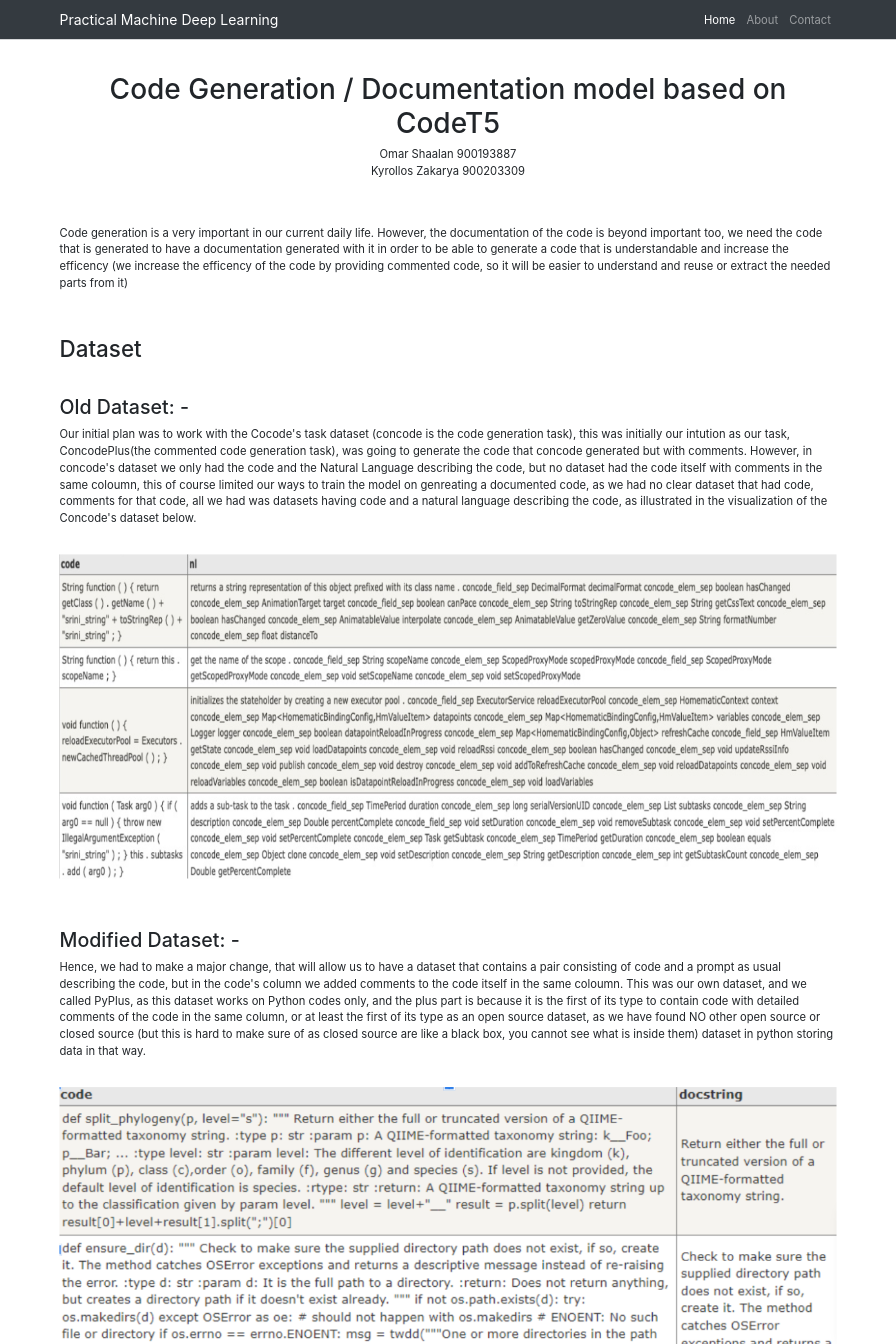
Repository: Shaalan-omar/ConcodePlus
Page: team-specific/index.html
These files come from the project's save history. The page is drawn as it stood at one moment and after the next save; the edit follows.
The browser window is 1280 px wide. The pictures show the part of the page from y = 0 to 1920 px (the page is 10148 px tall before and 10162 px after), at 70% of full size.

Above is the page before, as saved 2023-05-14 11:23:36.

### team-specific/index.html
<!DOCTYPE html>
<html lang="en">

<head>

  <meta charset="utf-8">
  <meta name="viewport" content="width=device-width, initial-scale=1, shrink-to-fit=no">
  <meta name="description" content="">
  <meta name="author" content="">

  <title>Code Generation / Documentation model based on CodeT5</title>

  <!-- Bootstrap core CSS -->
  <link href="../vendor/bootstrap/css/bootstrap.min.css" rel="stylesheet">

</head>

<body>

  <!-- Navigation -->
  <nav class="navbar navbar-expand-lg navbar-dark bg-dark static-top">
    <div class="container">
      <a class="navbar-brand" href="../home.html">Practical Machine Deep Learning</a>
      <button class="navbar-toggler" type="button" data-toggle="collapse" data-target="#navbarResponsive" aria-controls="navbarResponsive" aria-expanded="false" aria-label="Toggle navigation">
        <span class="navbar-toggler-icon"></span>
      </button>
      <div class="collapse navbar-collapse" id="navbarResponsive">
        <ul class="navbar-nav ml-auto">
          <li class="nav-item active">
            <a class="nav-link" href="../home.html">Home
              <span class="sr-only">(current)</span>
            </a>
          </li>
          <li class="nav-item">
            <a class="nav-link" href="../about.html">About</a>
          </li>
          <li class="nav-item">
            <a class="nav-link" href="../contact.html">Contact</a>
          </li>
        </ul>
      </div>
    </div>
  </nav>

  <!-- Page Content -->
  <div class="container">
    <div class="row">
      <div class="col-lg-12 text-center">
        <h1 class="mt-5">Code Generation / Documentation model based on CodeT5</h1>
        <ul class="list-unstyled">
          <li>Omar Shaalan 900193887</li>
          <li>Kyrollos Zakarya 900203309</li>
        </ul>
      </div>
    </div>


    <div class="row">
      <div class="col-lg-12 text-left">
        <h2 class="mt-5"></h2>
		<p>
			Code generation is a very important in our current daily life. However, the documentation of the code is beyond important too,
      we need the code that is generated to have a documentation generated with it in order to be able to generate a code that is understandable
      and increase the efficency (we increase the efficency of the code by providing commented code, so it will be easier to understand and reuse or extract the
       needed parts from it)
		</p>
      </div>
    </div>

    <div class="row">
      <div class="col-lg-12 text-left">
        <h2 class="mt-5">Dataset</h2>

        <h3 class="mt-5">Old Dataset: -</h3>
        <p>
			Our initial plan was to work with the Cocode's task dataset (concode is the code generation task), this was initially our intution
      as our task, ConcodePlus(the commented code generation task), was going to generate the code that concode generated but with comments. However,
      in concode's dataset we only had the code and the Natural Language describing the code, but no dataset had the code itself with comments in the same coloumn,
      this of course limited our ways
      to train the model on genreating a documented code, as we had no clear dataset that had code, comments for that code, all we had was datasets having code and
      a natural language describing the code, as illustrated in the visualization of the Concode's dataset below.
    </p>
    <br/> <!-- Empty Line before the image -->
    <div class="img-container" align="center"> <!-- Block parent element -->
        <img src="resources/images/concode.png" class="img-fluid text-center">
    </div>
    <br/> <!-- Empty Line after the image -->
    <h3 class="mt-5">Modified Dataset: -</h3>
    <p>
  Hence, we had to make a major change, that will allow us to have a dataset that contains a pair consisting of code and a prompt as usual describing
      the code, but in the code's column we added comments to the code itself in the same coloumn.
      This was our own dataset, and we called PyPlus, as this dataset works on Python codes only, and the plus part is because it is the first of its
      type to contain code with detailed comments of the code in the same column, or at least the first
      of its type as an open source dataset, as we have found NO other open source or closed source (but this is hard to make sure of as closed source
      are like a black box, you cannot see what is inside them) dataset in python storing data in that way.
</p>
<br/> <!-- Empty Line before the image -->
<div class="img-container" align="center"> <!-- Block parent element -->
    <img src="resources/images/dataset.png" class="img-fluid text-center">
</div>

      </div>
    </div>

    <div class="row">
      <div class="col-lg-12 text-left">
        <h2 class="mt-5">Input/Output Examples</h2>
   <br>
      </br>
        <h3>
			 Problem statement: -
        </h3>

		<br/> <!-- Empty Line before the image -->
	    <div class="img-container" align="center"> <!-- Block parent element -->
      		<img src="resources/images/Screen Shot 2023-05-14 at 12.21.35 PM.png" class="img-fluid text-center">
    	</div>

    	<br/> <!-- Empty Line after the image -->


      </br>
         <h3>
			 Our Own Output: -
        </h3>

      	    <div class="img-container" align="center"> <!-- Block parent element -->
      		<img src="resources/images/output_real.png" class="img-fluid text-center">
    	</div>
      <!-- <p class = "center">
        Feel the difference?
     </p> -->
     <br>
    </br>

    	<br/> <!-- Empty Line after the image -->
      </div>
    </div>


    <div class="row">
      <div class="col-lg-12 text-left">
        <h2 class="mt-5">State of the art (PARSEL)</h2>

        <p>
			Parsel is an Open AI deep learning project, it has been the state of the art in the field of code generation task aloong with code summrization as shown below in the tables and the graphs.
      It is based on the GPT architecture (Generative Pre-trained Transformer), the version of Parsel mentioned in the tables below is the 1.5B, which refers to the larges Parsel version
      existing as it uses 1.5 Billion parameters.
      Even though it is a open source, the usage of Open AI APIs limited our usage and the freedom of adding our creativity.
		</p>

	  <br/> <!-- Empty Line before the image -->
	    <div class="img-container" align="center"> <!-- Block parent element -->
      		<img src="resources/images/parsel_code_sum.png" class="img-fluid text-center">
    	</div>
    	<br/> <!-- Empty Line after the image -->

    <br/> <!-- Empty Line before the image -->
	    <div class="img-container" align="center"> <!-- Block parent element -->
      		<img src="resources/images/Parsel_code_gen.png" class="img-fluid text-center">
    	</div>
    	<br/> <!-- Empty Line after the image -->
		<br/> <!-- Empty Line before the image -->
	    <div class="img-container" align="center"> <!-- Block parent element -->
      		<img src="resources/images/parsel_1.png" class="img-fluid text-center">
    	</div>
    	<br/> <!-- Empty Line after the image -->

      <br/> <!-- Empty Line before the image -->
	    <div class="img-container" align="center"> <!-- Block parent element -->
      		<img src="resources/images/parsel_2.png" class="img-fluid text-center">
    	</div>
    	<br/> <!-- Empty Line after the image -->

      <br/> <!-- Empty Line before the image -->
	    <div class="img-container" align="center"> <!-- Block parent element -->
      		<img src="resources/images/parsel_3.png" class="img-fluid text-center">
    	</div>
    	<br/> <!-- Empty Line after the image -->
      </div>
    </div>



    <div class="row">
      <div class="col-lg-12 text-left">
        <h2 class="mt-5">Orignial Model from Literature.</h2>

        <p>
			Our model, CodeT5, has 3 main versions. The small, base, and big. The small has 60 million parameters, the big has 770 million parameters and the base version, which we worked with is 220 million parameters.
      We started with the smal version due to our limitations on Google Colab, which made it very hard to work with versions that had larger size from the parameters prespective. However, due to reaching bad results
      as explained in our previous presentations, we had to find a way around to use the base version. Using the base version worked more than fine, and we reached the desired output as shown above. Please find below
      more details about the original codeT5 model.
		</p>

		<br/> <!-- Empty Line before the image -->
	    <div class="img-container" align="center"> <!-- Block parent element -->
      		<img src="resources/images/codet5_arch.png" class="img-fluid text-center">
    	</div>
    	<br/> <!-- Empty Line after the image -->
      </div>
    </div>

    <div class="row">
      <div class="col-lg-12 text-left">
        <h2 class="mt-5">Proposed Updates</h2>


		<h5 class="mt-5">Update #1: Adding Reinforcement Learning</h5>
		<p>
			Give rewards when the generated documentation along with the code is correct and add negative rewards when the generation is not good.
		</p>
		<br/> <!-- Empty Line before the image -->
	    <div class="img-container" align="center"> <!-- Block parent element -->
      		<img src="resources/images/reinforcement.png" class="img-fluid text-center">
    	</div>
    	<br/> <!-- Empty Line after the image -->

      	<p>
			Hyperparameter tune the model. Base on one of the very famous concepts we took in our class is the concept of trial and error. Please feel free to try
      several times to change and tune the hyperprameters in order to reach better results. Feel free to share your outcomes with us.
		</p>
		<br/> <!-- Empty Line before the image -->
	    <div class="img-container" align="center"> <!-- Block parent element -->
      		<img src="resources/images/copyHyper.png" class="img-fluid text-center">
    	</div>
    	<br/> <!-- Empty Line after the image -->
      </div>
    </div>


    <div class="row">
      <div class="col-lg-12 text-left">
        <h2 class="mt-5">Results</h2>

        <p>
			Please find below our results obtained after adding our task, ConcodePlus, and the plots too.
		</p>

		<br/> <!-- Empty Line before the image -->
    	<h3 class="mt-5">It is obvious that there is something wrong with calculations of the metrics of concodePlus
      since the blue score definitely does not reflect the model performance. This can be due to the fact that we added
       a new task to the model without taking into account the synchronization required to measure these metrices for the
      new task specifically </h3>
      <div class="img-container" align="center"> <!-- Block parent element -->
      		<img src="resources/images/metrics_obtained.png" class="img-fluid text-center">
    	</div>
    	<br/> <!-- Empty Line after the image -->
	    <div class="img-container" align="center"> <!-- Block parent element -->
      		<img src="resources/images/dev_metric.png" class="img-fluid text-center">
    	</div>
    	<br/> <!-- Empty Line after the image -->
      		<br/> <!-- Empty Line before the image -->
	    <div class="img-container" align="center"> <!-- Block parent element -->
      		<img src="resources/images/dev2_metric.png" class="img-fluid text-center">
    	</div>
    	<br/> <!-- Empty Line after the image -->
      		<br/> <!-- Empty Line before the image -->
	    <div class="img-container" align="center"> <!-- Block parent element -->
      		<img src="resources/images/metric3.png" class="img-fluid text-center">
    	</div>
    	<br/> <!-- Empty Line after the image -->
      </div>
    </div>


    <div class="row">
      <div class="col-lg-12 text-left">
        <h2 class="mt-5">Technical report</h2>

        <p>
			LEft Here you will detail the details related to training, for example: Filled With KYRO
		</p>

	 	<ul>
		  <li>Programming framework</li>
		  <li>Training hardware i.e. colab or azure or anything else</li>
		  <li>Training time</li>
		  <li>Number of epochs</li>
		  <li>Time per epoch</li>
		  <li>Any other important detail or difficulties</li>
		</ul>
      </div>
    </div>

	<div class="row">
	  <div class="col-lg-12 text-left">
	    <h2 class="mt-5">Conclusion</h2>

	    <p>
			In conclusion we have reached our goal by generating documented code by adding the new task, ConcodePlus to CodeT5, and by creating a new dataset which is PyPlus. As shown in the output provided above it is clear that our code has a documentation of the purpose of the function. We have some promising results and some results that still need to work on.
      We also have room for future improvement, which is adding the reinforcement learning to the ConcodePlus. One of the very nice lessons that we learned was the visualization of what we theortically studied in class, the project was more challenging than the assignments and that made us more motivated and dedicated towards having the desired output. We also
      learned how to work as a team to achieve the maximum potential and the maximum benefit. A very intersting finding was not found, but actually it was created, which was the dataset modification. Both of us would have never imagined that we would create a dataset that fits for these type of problems and projects, this dataset may be the first step in a world
      of trials and great achievements in the code generation models in the future.
		</p>

	  </div>
	</div>

	<div class="row">
	  <div class="col-lg-12 text-left">
	    <h2 class="mt-5">References</h2>

	    <p>
	    	List all references here, the following are only examples
	    </p>

		<ol>
		  <li><a href="https://arxiv.org/pdf/2212.10561v2.pdf">Parsel Paper</a></li>
      <li><a href="https://microsoft.github.io/CodeXGLUE/">Parsel Code Summarization Table</a></li>
      <li><a href="https://microsoft.github.io/CodeXGLUE/">Parsel Code Generation Table</a></li>
		  <li><a href="https://arxiv.org/pdf/2109.00859v1.pdf">CodeT5 Paper</a></li>
		  <li><a href="https://medium.com/analytics-vidhya/t5-a-detailed-explanation-a0ac9bc53e51">CodeT5 Architecture Paper</a></li>
		  <li><a href="http://www.google.com">Dataset Link LEFT need to upload it to github</a></li>
		</ol>
	  </div>
	</div>

  </div>



  <!-- Bootstrap core JavaScript -->
  <script src="../vendor/jquery/jquery.slim.min.js"></script>
  <script src="../vendor/bootstrap/js/bootstrap.bundle.min.js"></script>

</body>

</html>

Loaded but not shown: vendor/bootstrap/css/bootstrap.min.css (library); vendor/jquery/jquery.slim.min.js (library); vendor/bootstrap/js/bootstrap.bundle.min.js (library)

After the next save:
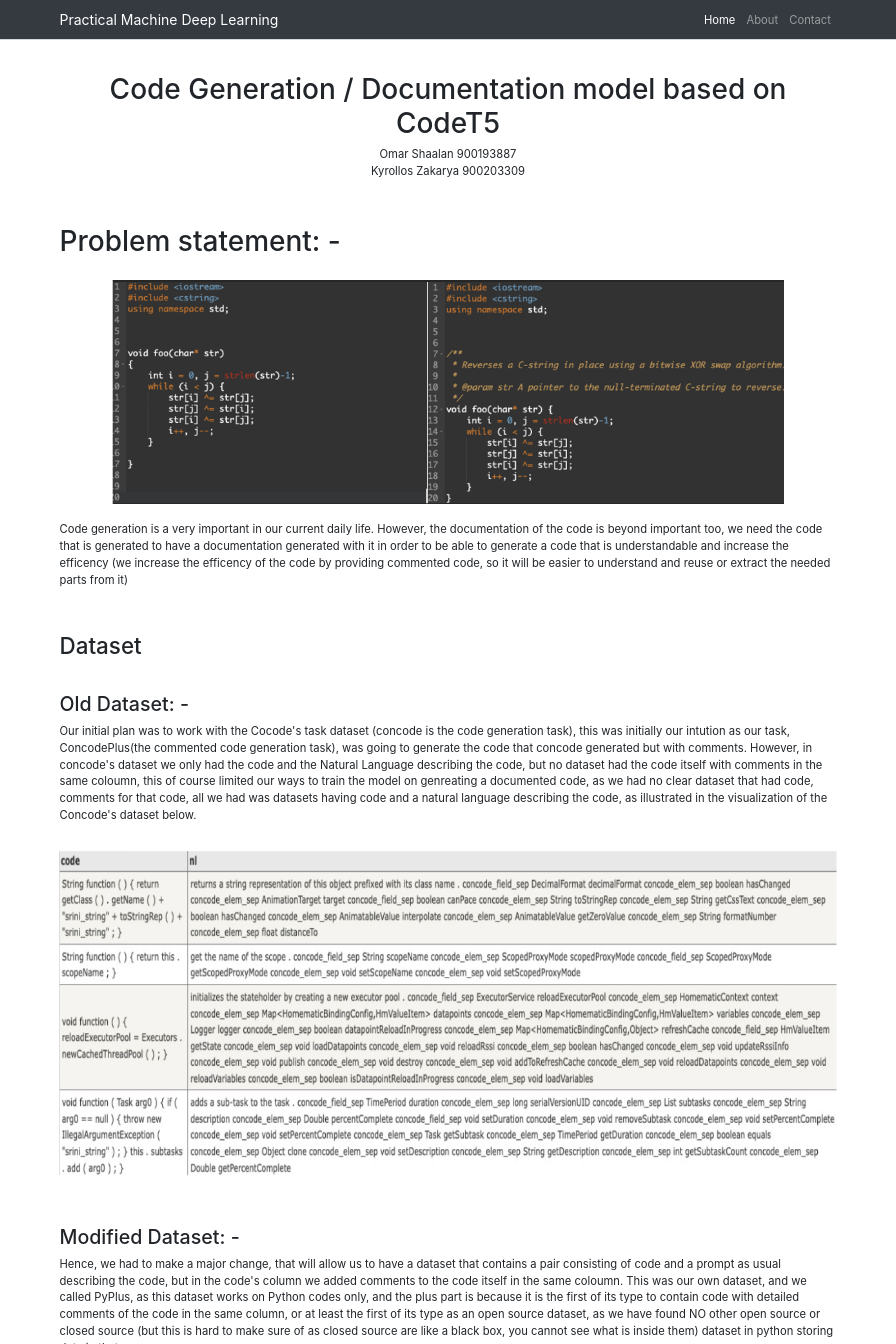
Saved 72 s later.
--- a/team-specific/index.html
+++ b/team-specific/index.html
@@ -58,7 +58,18 @@
     <div class="row">
       <div class="col-lg-12 text-left">
         <h2 class="mt-5"></h2>
-		<p>
+
+        <h1>
+          Problem statement: -
+           </h1>
+
+       <br/> <!-- Empty Line before the image -->
+         <div class="img-container" align="center"> <!-- Block parent element -->
+             <img src="resources/images/Screen Shot 2023-05-14 at 12.21.35 PM.png" class="img-fluid text-center">
+         </div>
+
+         <br/> <!-- Empty Line after the image -->
+     <p>
 			Code generation is a very important in our current daily life. However, the documentation of the code is beyond important too,
       we need the code that is generated to have a documentation generated with it in order to be able to generate a code that is understandable
       and increase the efficency (we increase the efficency of the code by providing commented code, so it will be easier to understand and reuse or extract the
@@ -107,16 +118,7 @@
         <h2 class="mt-5">Input/Output Examples</h2>
    <br>
       </br>
-        <h3>
-			 Problem statement: -
-        </h3>
-
-		<br/> <!-- Empty Line before the image -->
-	    <div class="img-container" align="center"> <!-- Block parent element -->
-      		<img src="resources/images/Screen Shot 2023-05-14 at 12.21.35 PM.png" class="img-fluid text-center">
-    	</div>
-
-    	<br/> <!-- Empty Line after the image -->
+
 
 
       </br>
